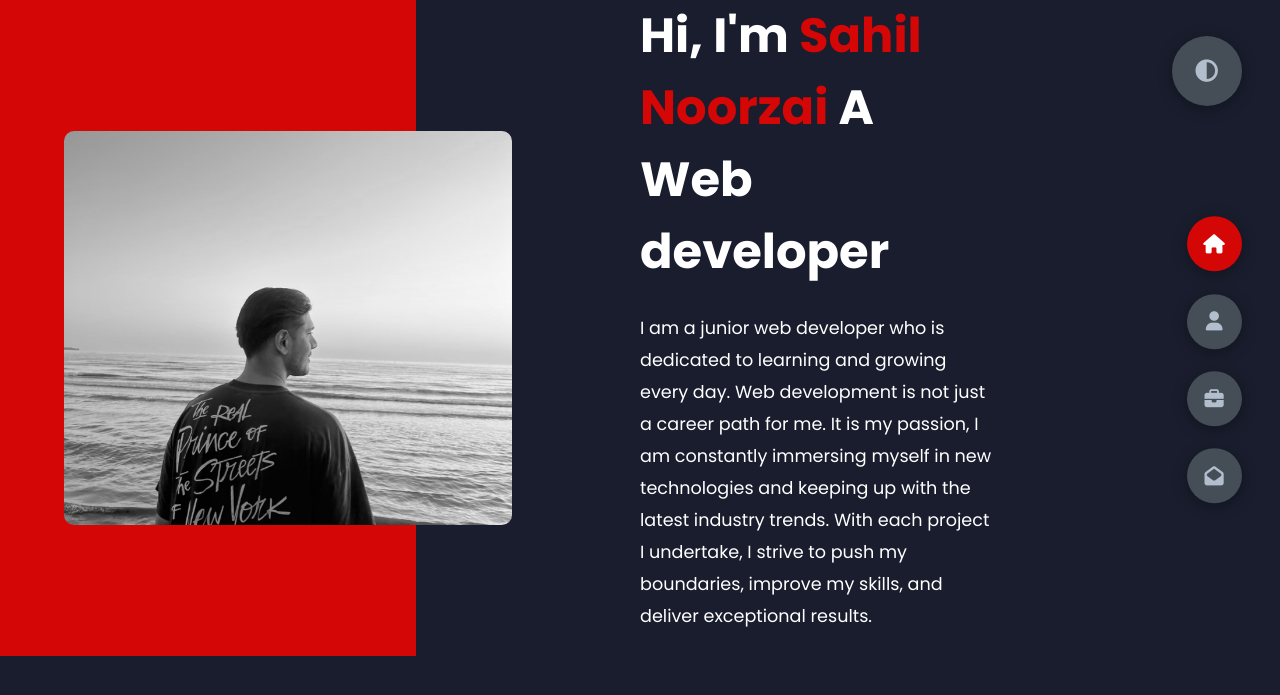
Repository: nftGambler/noorzai-portfolio
Page: index.html
An editor plug-in stored every save of this project. The page is shown before and after the next save, followed by the edit.
The browser window is 1280 px wide. The pictures show the whole page.
The style sheet was rebuilt from its Sass, Less or Tailwind sources for each picture, by a compiler version that may differ from the author's.

Above is the page before, as saved 2023-11-23 21:29:05.

After the next save:
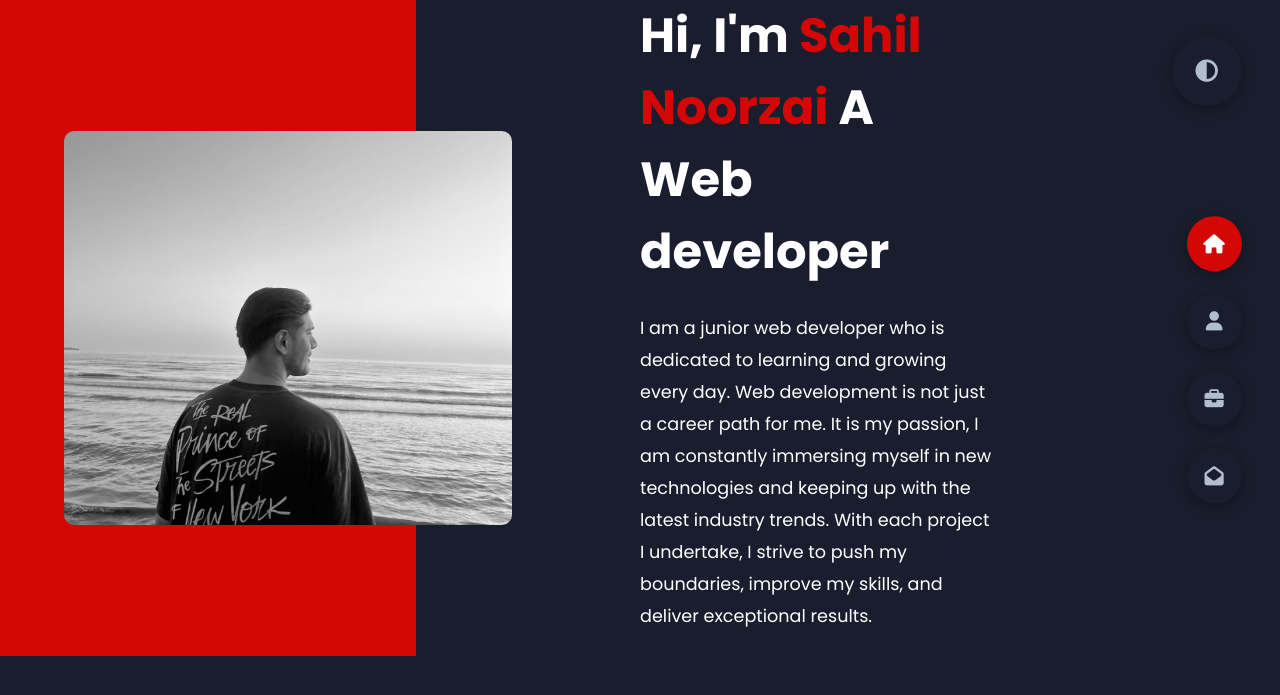
Saved 3 min 49 s later.
--- a/style/styles.scss
+++ b/style/styles.scss
@@ -17,7 +17,7 @@
   --color-grey-1: #dbe1e8;
   --color-grey-2: #b2becd;
   --color-grey-3: #6c7983;
-  --color-grey-4: #454e56;
+  --color-grey-4: rgb(27,32,47)
   --color-grey-5: #2a2e35;
   --color-grey-6: #12181b;
   --br-sm-2: 14px;

After the save that followed:
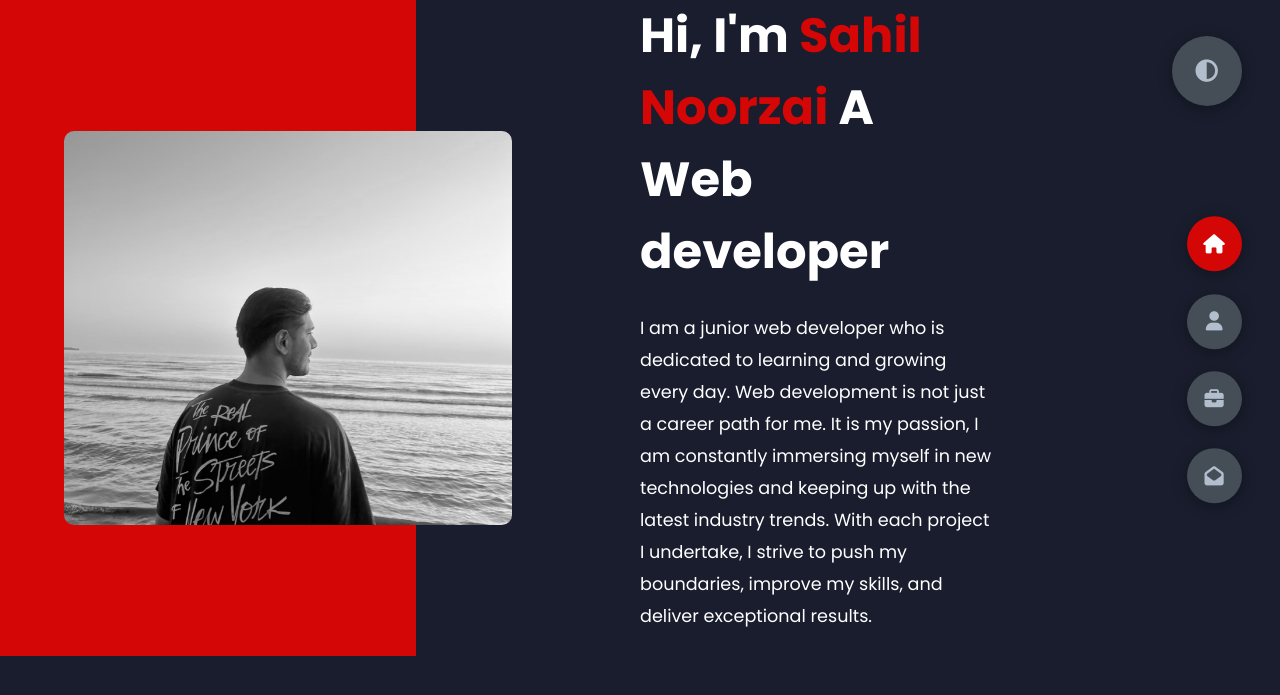
Saved 35 s later.
--- a/style/styles.scss
+++ b/style/styles.scss
@@ -17,7 +17,7 @@
   --color-grey-1: #dbe1e8;
   --color-grey-2: #b2becd;
   --color-grey-3: #6c7983;
-  --color-grey-4: rgb(27,32,47)
+  --color-grey-4: #454e56;
   --color-grey-5: #2a2e35;
   --color-grey-6: #12181b;
   --br-sm-2: 14px;
